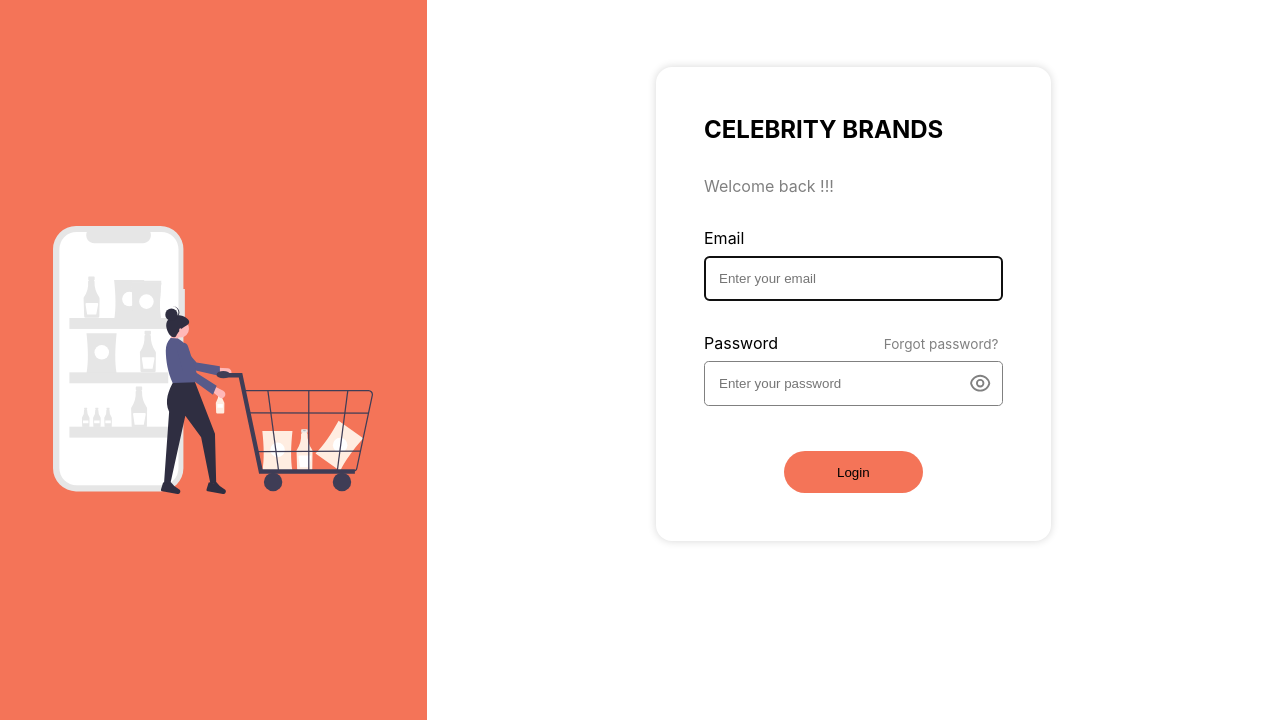
Repository: agwenchez/iGammer-dashboard
Page: /dashboard
An editor plug-in stored every save of this project. The page is shown before and after the next save, followed by the edit.
The browser window is 1280 px wide. The pictures show the whole page.
The page's requests for data from a server got no answer. The project was rebuilt for these pictures with package versions that can differ from the ones it lists, and the page was loaded fresh each time. No one was signed in, and anything a server would have sent is missing. Also part of the build but not shown: vite.config.ts, src/components/DataTable/datatable.module.scss, src/pages/Products/productsData.tsx, src/components/DataTable/MuiTable.tsx, src/components/DataTable/index.tsx, src/components/BreadCrumb/breadcrumb.module.scss, src/components/BreadCrumb/index.tsx, src/pages/Customers/customers.module.scss and 19 more.

Above is the page before, as saved 2023-04-29 13:04:33.

After the next save:
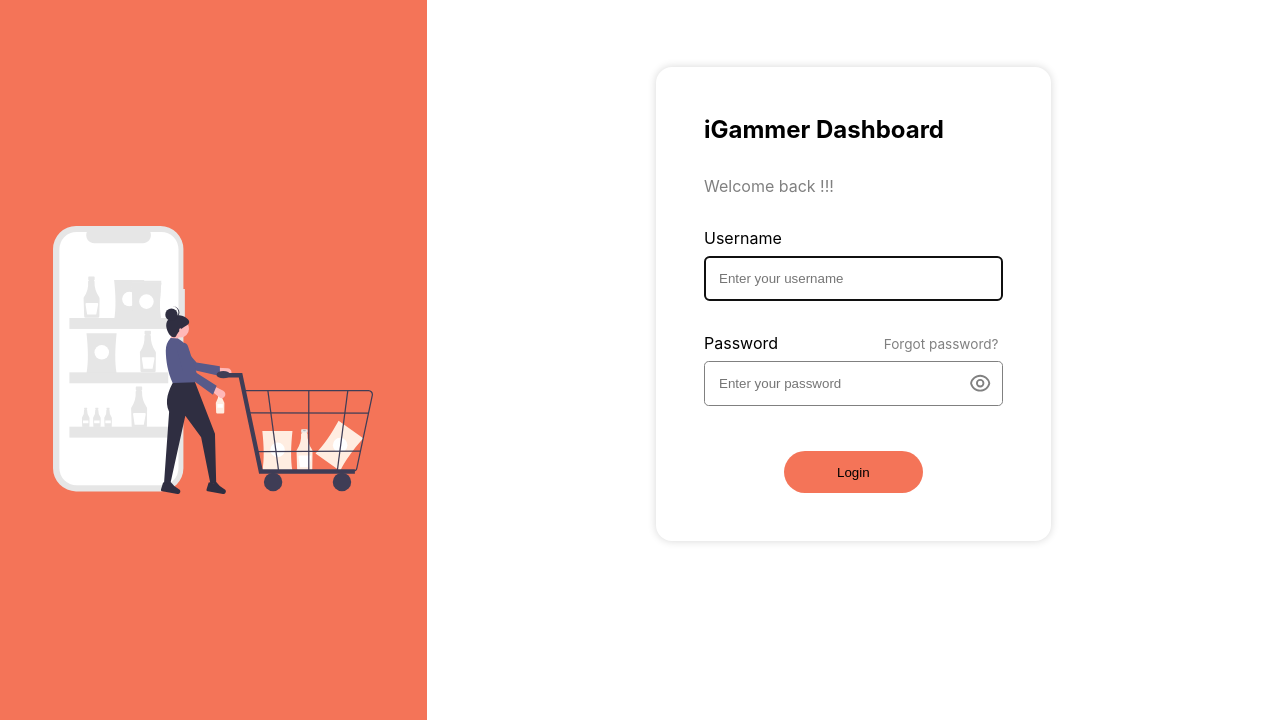
Saved 34 s later.
--- a/src/components/Auth/Login/Login.tsx
+++ b/src/components/Auth/Login/Login.tsx
@@ -15,7 +15,7 @@ const Login = () => {
   const dispatch = useAppDispatch();
   const [login, { isLoading }] = useLoginMutation();
   const [formData, setFormData] = useState<LoginDto>({
-    email: "",
+    username: "",
     password: "",
   });
   const [togglePassword, setTogglePassword] = useState(false);
@@ -45,7 +45,7 @@ const Login = () => {
 
   const handleEmailChange = (e: React.ChangeEvent<HTMLInputElement>) => {
     const value = e.target.value;
-    setFormData({ ...formData, email: value });
+    setFormData({ ...formData, username: value });
   };
 
   const handlePasswordChange = (e: React.ChangeEvent<HTMLInputElement>) => {
@@ -62,20 +62,20 @@ const Login = () => {
   return (
     <>
       <form className={styles.login_form} onSubmit={onSubmitHandler}>
-        <h2>CELEBRITY BRANDS</h2>
+        <h2>iGammer Dashboard</h2>
         <p>Welcome back !!!</p>
         {/* <h2>SIGN IN</h2> */}
         <div className={styles.input_group}>
-          <label htmlFor="email">Email</label>
+          <label htmlFor="email">Username</label>
           <input
-            type="email"
-            name="email"
+            type="text"
+            name="username"
             id="email"
             required
             // aria-invalid
-            placeholder="Enter your email"
+            placeholder="Enter your username"
             onChange={handleEmailChange}
-            value={formData.email}
+            value={formData.username}
             autoFocus
             autoComplete="off"
           />
